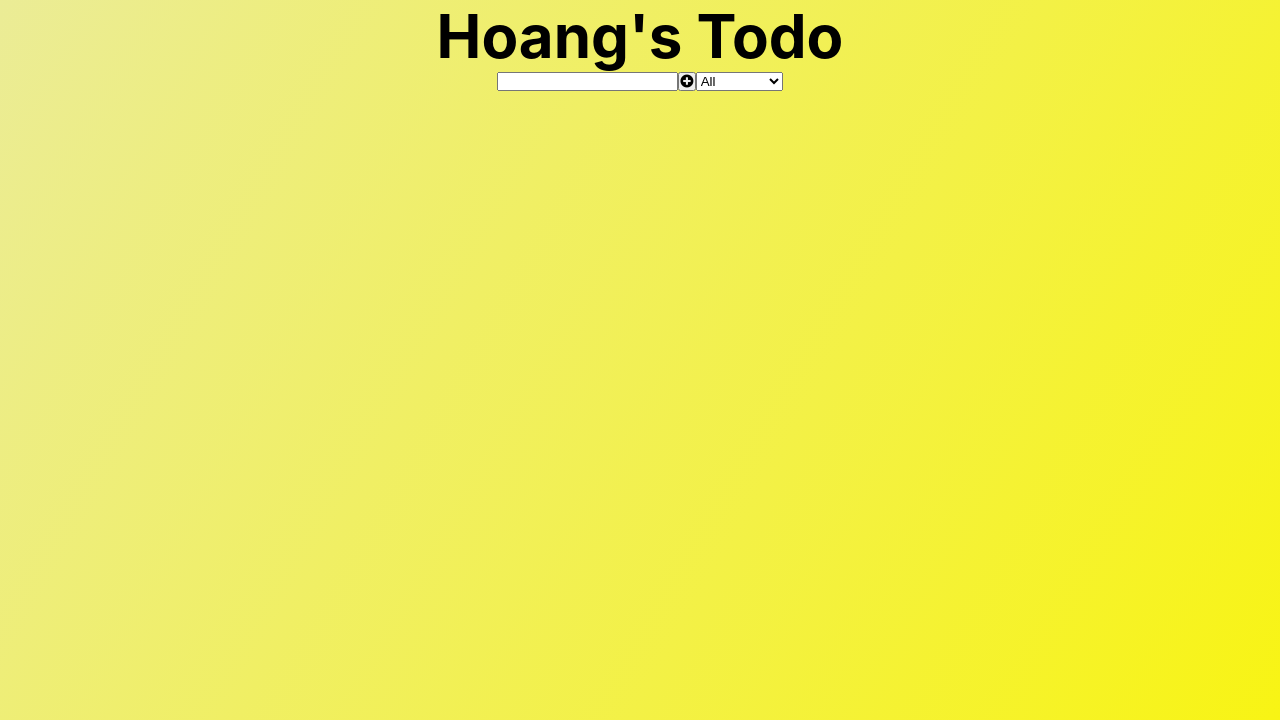
Repository: DinhHoang0607/TodoReact
Page: /
These files come from the project's save history. The page is drawn as it stood at one moment and after a run of saves; the edit follows.
The browser window is 1280 px wide. The pictures show the whole page.
Some web libraries are served in a nearby version. The project was rebuilt for these pictures with package versions that can differ from the ones it lists, and the page was loaded fresh each time.

Above is the page before, as saved 2021-09-09 18:09:48.

After the next 2 saves:
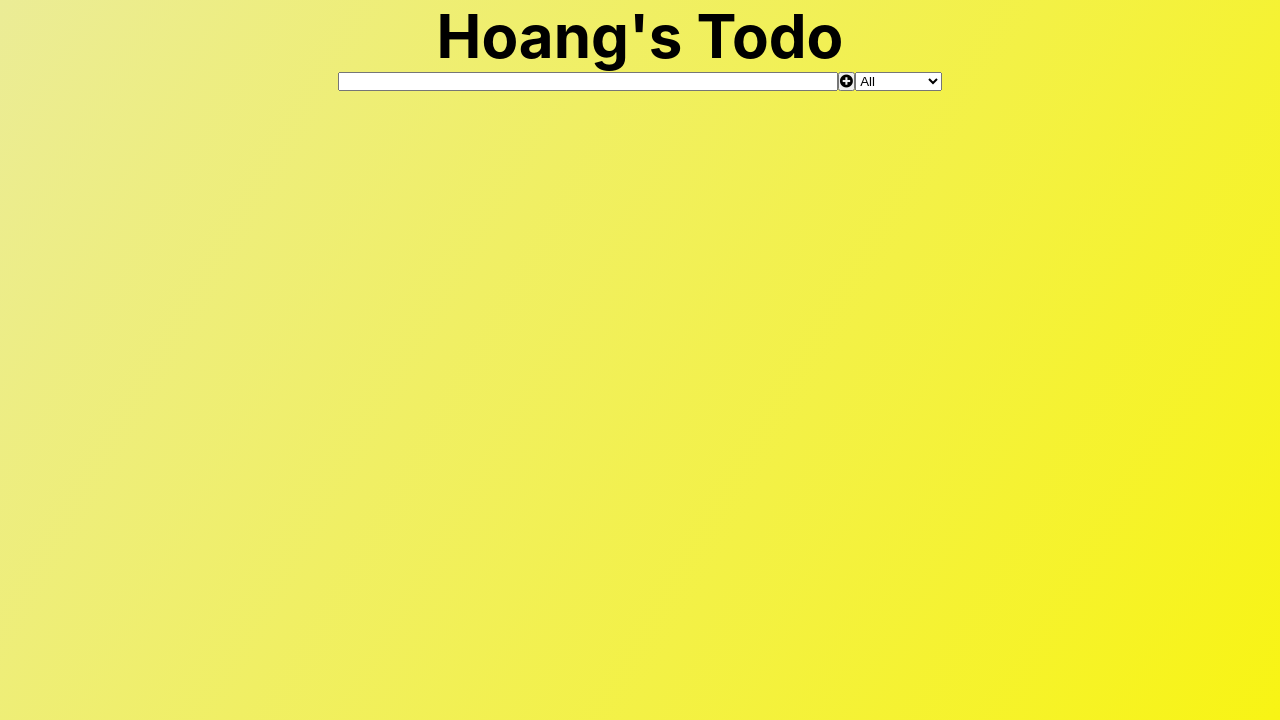
The 2 saves are shown as one change because they came seconds apart.
The last was saved 12 s later.
--- a/src/App.css
+++ b/src/App.css
@@ -23,6 +23,6 @@ form {
   justify-content: center;
   align-items: center;
 }
-.form__input{
-  width: ;
+.form__input {
+  width: 50rem;
 }
